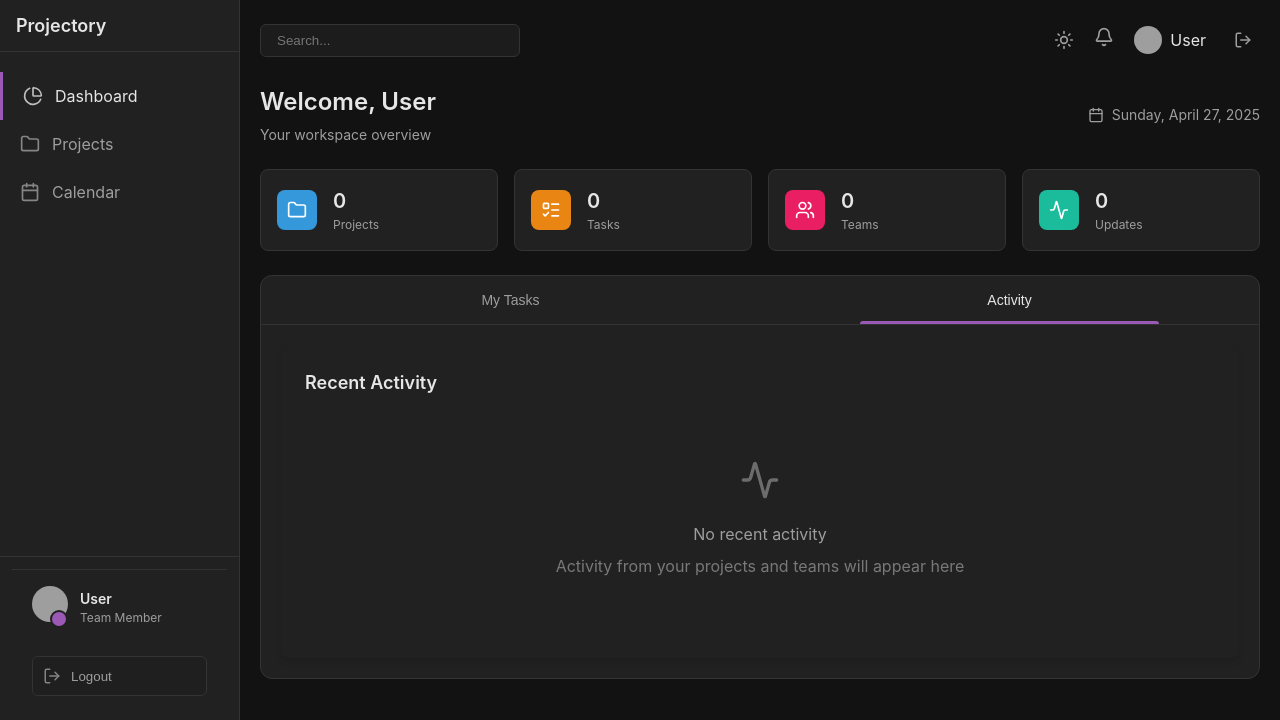
Repository: AnooshaaAli/TaskManagementAndTeamCollaborationTool
Page: /dashboard (app in frontend/)
These files come from the project's save history. The page is drawn as it stood at one moment and after a run of saves; the edit follows.
The browser window is 1280 px wide. The pictures show the whole page.
Pictures or frames that could not be fetched are drawn as grey boxes. The page's requests for data from a server got no answer. The project was rebuilt for these pictures with package versions that can differ from the ones it lists, and the page was loaded fresh each time. No one was signed in, and anything a server would have sent is missing. Also part of the build but not shown: frontend/src/App.css, frontend/src/components/Button.jsx, frontend/src/components/Input.jsx, frontend/src/components/Rope.jsx, frontend/src/styles/logo.css, frontend/src/components/Logo.jsx, frontend/src/pages/LoginPage.jsx, frontend/src/pages/RegisterPage.jsx and 30 more.

Above is the page before, as saved 2025-04-28 00:31:28.

After the next 2 saves:
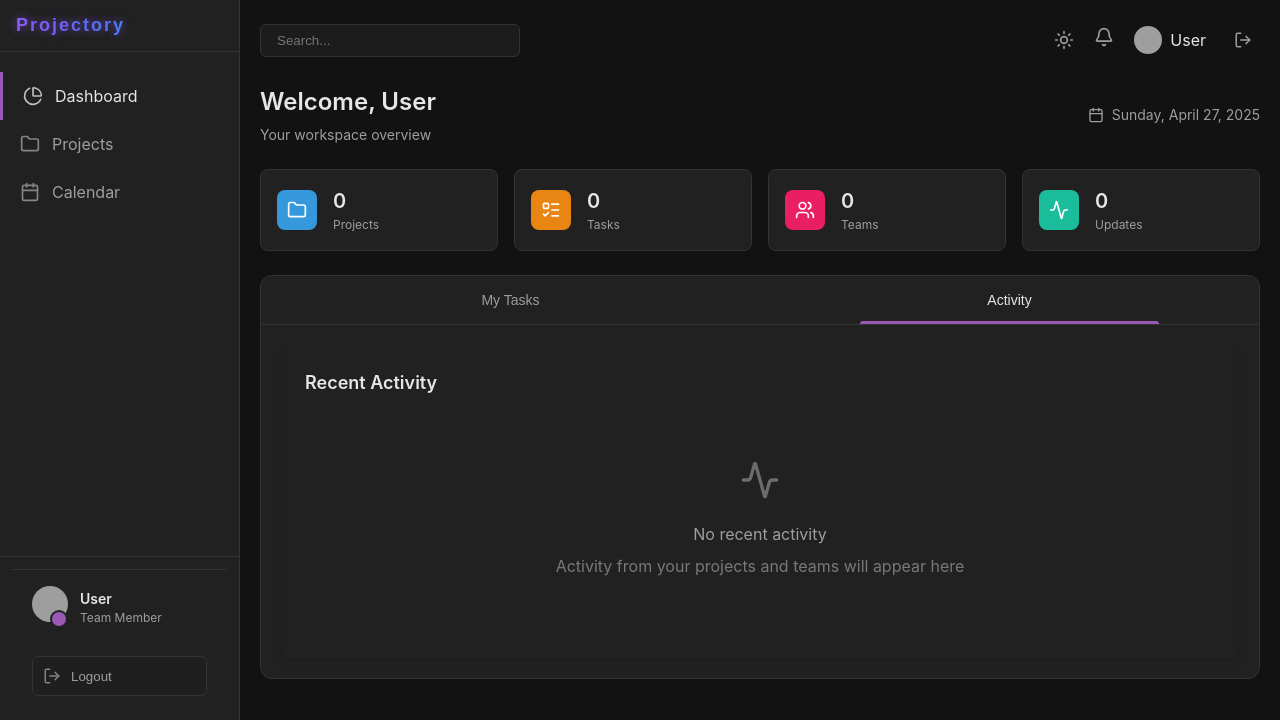
The 2 saves are shown as one change because they came seconds apart.
The last was saved 10 s later.
--- a/frontend/src/pages/Dashboard.jsx
+++ b/frontend/src/pages/Dashboard.jsx
@@ -227,7 +227,7 @@
     <div className={`dashboard-container ${theme}-theme`}>
       <div className="dashboard-sidebar">
         <div className="sidebar-header">
-          <h2>Projectory</h2>
+          <h2 className='app-name'>Projectory</h2>
         </div>
 
         <nav className="sidebar-nav">
